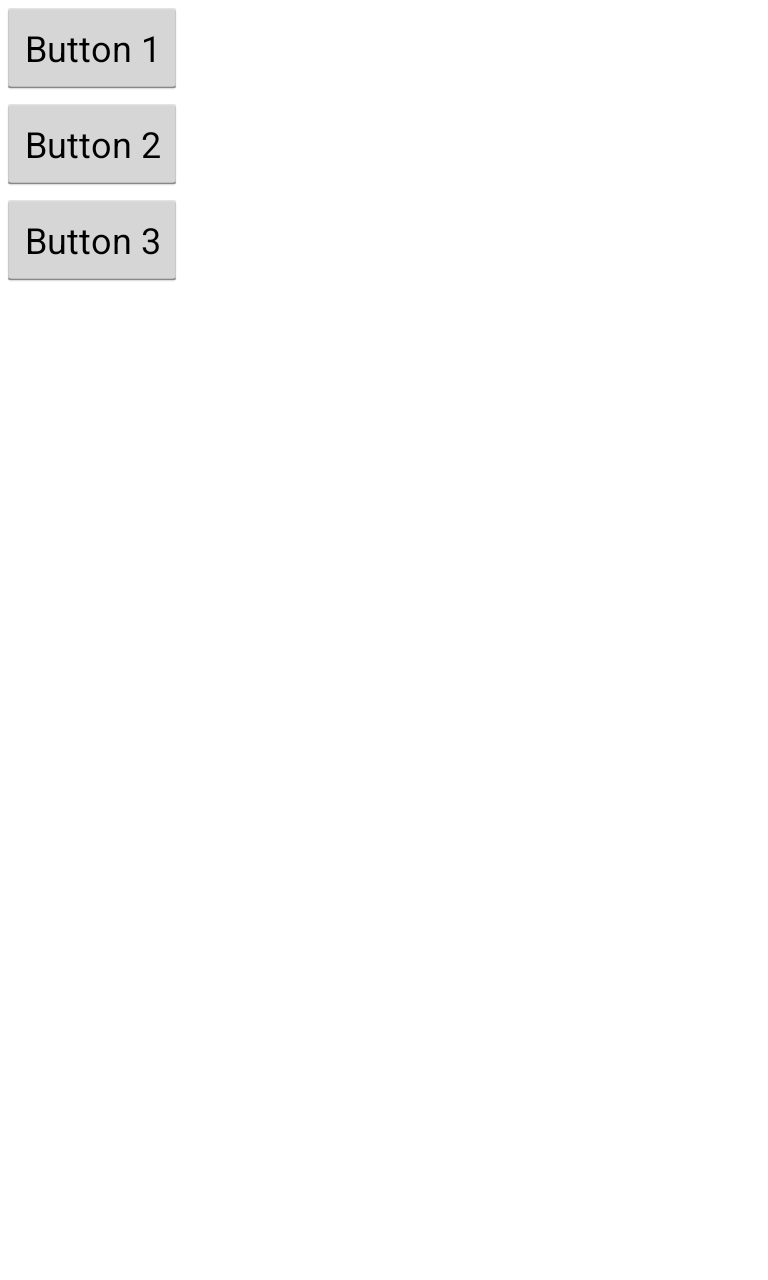
Repository: Wang-Xuan/Hello-World
Layout: UILayoutTest/res/layout/activity_main.xml
An editor plug-in stored every save of this project. The layout is shown before and after the next save, followed by the edit.
It is drawn on a 768 x 1280 px phone screen (xhdpi) without system bars, with theme AppTheme; the app's code is not run.

Above is the layout before, as saved 2014-12-07 05:19:03.

### UILayoutTest/res/layout/activity_main.xml
<LinearLayout xmlns:android="http://schemas.android.com/apk/res/android"
    xmlns:tools="http://schemas.android.com/tools"
    android:layout_width="match_parent"
    android:layout_height="match_parent"
	android:orientation="vertical" >

	<Button
	    android:id="@+id/button1"
	    android:layout_width="wrap_content"
	    android:layout_height="wrap_content"
	    android:text="Button 1" />

	<Button
	    android:id="@+id/button2"
	    android:layout_width="wrap_content"
	    android:layout_height="wrap_content"
	    android:text="Button 2" />

	<Button
	    android:id="@+id/button3"
	    android:layout_width="wrap_content"
	    android:layout_height="wrap_content"
	    android:text="Button 3" />

</LinearLayout>

Loaded but not shown: UILayoutTest/res/values/styles.xml (common file); UILayoutTest/res/values-v11/styles.xml (common file); UILayoutTest/res/values-v14/styles.xml (common file)

After the next save:
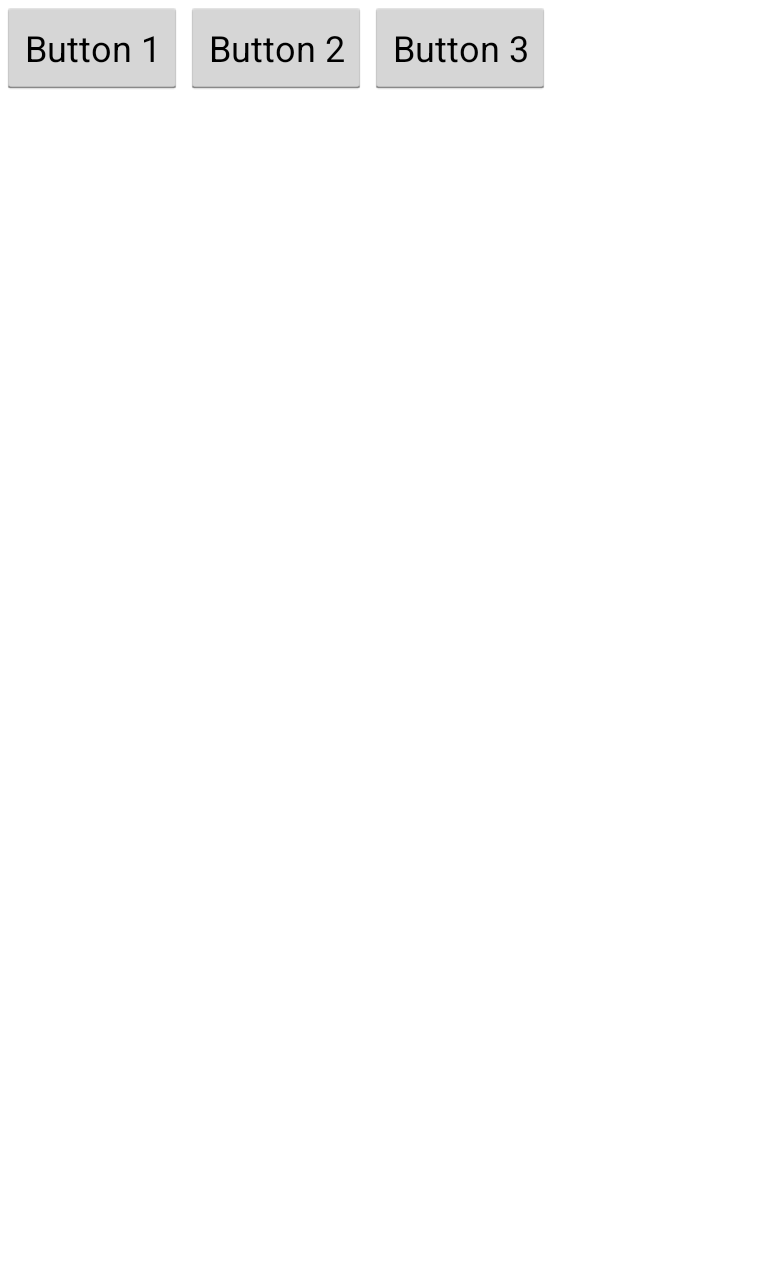
Saved 20 s later.
--- a/UILayoutTest/res/layout/activity_main.xml
+++ b/UILayoutTest/res/layout/activity_main.xml
@@ -2,7 +2,7 @@
     xmlns:tools="http://schemas.android.com/tools"
     android:layout_width="match_parent"
     android:layout_height="match_parent"
-	android:orientation="vertical" >
+	android:orientation="horizontal" >
 
 	<Button
 	    android:id="@+id/button1"
